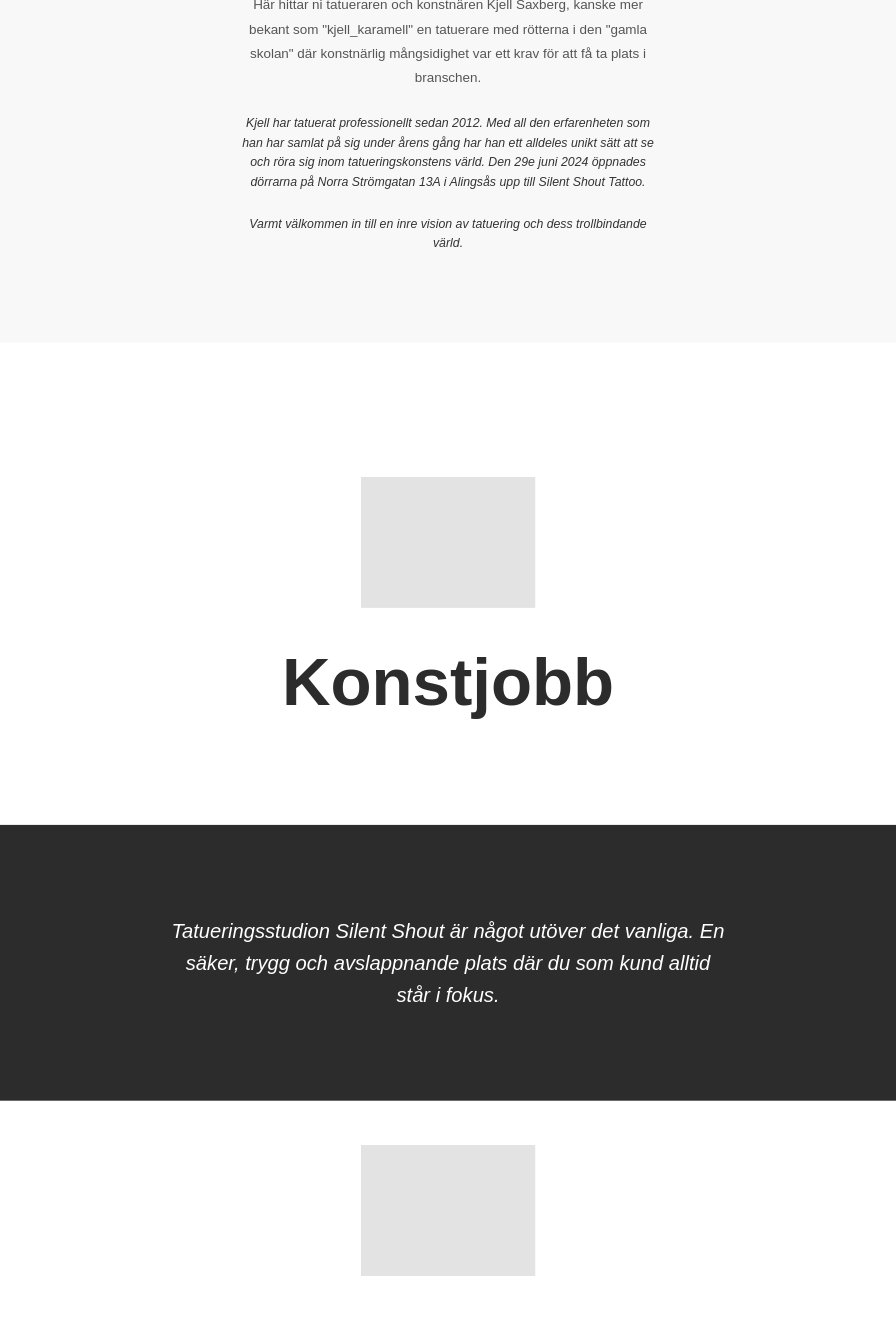
Repository: public-websites/silentshouttattoose
Page: index-clean.html
These files come from the project's save history. The page is drawn as it stood at one moment and after the next save; the edit follows.
The browser window is 1280 px wide. The pictures show the part of the page from y = 1079 to 2999 px (the page is 8048 px tall before and 8076 px after), at 70% of full size.
Pictures or frames that could not be fetched are drawn as grey boxes.

Above is the page before, as saved 2025-08-19 11:42:54.

### index-clean.html
<!DOCTYPE html>
<html lang="sv">
<head>
    <meta charset="UTF-8">
    <meta name="viewport" content="width=device-width, initial-scale=1.0">
    <title>Silent Shout - Den omtänksamma studion</title>
    <meta name="description" content="Tatuerare & konstnär baserad i Alingsås">
    <meta name="theme-color" content="#283618">
    <meta name="apple-mobile-web-app-status-bar-style" content="black-translucent">

    <!-- Fonts -->
    <link rel="preconnect" href="https://fonts.gstatic.com">
    <link rel="preload" href="https://fonts.googleapis.com/css?family=Open+Sans:400,700&display=swap" as="style" type="text/css" crossorigin>

    <!-- Styles -->
    <link rel="stylesheet" href="styles.css">
</head>
<body>
    <!-- Silent Shout Header -->
    <header class="social-header">
        <div class="container">
            <div class="social-icons">
                <a href="https://instagram.com" target="_blank" class="social-icon" aria-label="Instagram">
                    <svg viewBox="0 0 24 24" fill="currentColor">
                        <path d="M12 2.163c3.204 0 3.584.012 4.85.07 3.252.148 4.771 1.691 4.919 4.919.058 1.265.069 1.645.069 4.849 0 3.205-.012 3.584-.069 4.849-.149 3.225-1.664 4.771-4.919 4.919-1.266.058-1.644.07-4.85.07-3.204 0-3.584-.012-4.849-.07-3.26-.149-4.771-1.699-4.919-4.92-.058-1.265-.07-1.644-.07-4.849 0-3.204.013-3.583.07-4.849.149-3.227 1.664-4.771 4.919-4.919 1.266-.057 1.645-.069 4.849-.069zm0-2.163c-3.259 0-3.667.014-4.947.072-4.358.2-6.78 2.618-6.98 6.98-.059 1.281-.073 1.689-.073 4.948 0 3.259.014 3.668.072 4.948.2 4.358 2.618 6.78 6.98 6.98 1.281.058 1.689.072 4.948.072 3.259 0 3.668-.014 4.948-.072 4.354-.2 6.782-2.618 6.979-6.98.059-1.28.073-1.689.073-4.948 0-3.259-.014-3.667-.072-4.947-.196-4.354-2.617-6.78-6.979-6.98-1.281-.059-1.69-.073-4.949-.073zm0 5.838c-3.403 0-6.162 2.759-6.162 6.162s2.759 6.163 6.162 6.163 6.162-2.759 6.162-6.163c0-3.403-2.759-6.162-6.162-6.162zm0 10.162c-2.209 0-4-1.79-4-4 0-2.209 1.791-4 4-4s4 1.791 4 4c0 2.21-1.791 4-4 4zm6.406-11.845c-.796 0-1.441.645-1.441 1.44s.645 1.44 1.441 1.44c.795 0 1.439-.645 1.439-1.44s-.644-1.44-1.439-1.44z"/>
                    </svg>
                </a>
                <a href="https://facebook.com" target="_blank" class="social-icon" aria-label="Facebook">
                    <svg viewBox="0 0 24 24" fill="currentColor">
                        <path d="M24 12.073c0-6.627-5.373-12-12-12s-12 5.373-12 12c0 5.99 4.388 10.954 10.125 11.854v-8.385H7.078v-3.47h3.047V9.43c0-3.007 1.792-4.669 4.533-4.669 1.312 0 2.686.235 2.686.235v2.953H15.83c-1.491 0-1.956.925-1.956 1.874v2.25h3.328l-.532 3.47h-2.796v8.385C19.612 23.027 24 18.062 24 12.073z"/>
                    </svg>
                </a>
                <a href="mailto:silentshouttattoo@gmail.com" class="social-icon" aria-label="Email">
                    <svg viewBox="0 0 24 24" fill="currentColor">
                        <path d="M20 4H4c-1.1 0-1.99.9-1.99 2L2 18c0 1.1.9 2 2 2h16c1.1 0 2-.9 2-2V6c0-1.1-.9-2-2-2zm0 4l-8 5-8-5V6l8 5 8-5v2z"/>
                    </svg>
                </a>
            </div>
            <div class="cta-buttons">
                <a href="#boka-tid" class="cta-header-button">Boka tid konst</a>
                <a href="#boka-tid" class="cta-header-button active">Boka tid tatuering</a>
            </div>
        </div>
    </header>

    <main>
        <!-- Hero Section -->
        <section class="hero">
            <div class="container">
                <div class="hero-text">
                    <h1 class="hero-welcome">Välkommen</h1>
                    <img src="silentshouttattoo-outline.svg" alt="Silent Shout Tattoo Logo" class="studio-logo">
                    <p class="studio-tagline">Affordable Quality Tattoos</p>
                    <p class="location">Tatuerare & konstnär baserad i Alingsås</p>
                    <a href="#boka-tid" class="cta-button">Skicka förfrågan</a>
                </div>
            </div>
        </section>

        <!-- Story Section -->
        <section class="story-section">
            <div class="container">
                <div class="story-content fade-in">
                    <p class="story-text">
                        Tatueringsstudion Silent Shout är något utöver det vanliga. En säker, trygg och avslappnande plats där du som kund alltid står i fokus.
                    </p>
                    <p class="story-text">
                        Här hittar ni tatueraren och konstnären Kjell Saxberg, kanske mer bekant som "kjell_karamell" en tatuerare med rötterna i den "gamla skolan" där konstnärlig mångsidighet var ett krav för att få ta plats i branschen.
                    </p>
                    <p class="story-highlight">
                        Kjell har tatuerat professionellt sedan 2012.
                        Med all den erfarenheten som han har samlat på sig under årens gång har han ett alldeles unikt sätt att se och röra sig inom tatueringskonstens värld.
                        Den 29e juni 2024 öppnades dörrarna på Norra Strömgatan 13A i Alingsås upp till Silent Shout Tattoo.
                    </p>
                    <p class="story-highlight">
                        Varmt välkommen in till en inre vision av tatuering och dess trollbindande värld.
                    </p>
                </div>
            </div>
        </section>

        <!-- Konstjobb Section -->
        <section class="large-text-section">
            <div class="animated-gif">
                <img src="https://media2.giphy.com/media/v1.Y2lkPTc5MGI3NjExbzJpbTR2cWllN2oxamhwMTZ6MjFmYzZ1czZ1b2Y0cXg3MmRrZDRkbiZlcD12MV9pbnRlcm5hbF9naWZfYnlfaWQmY3Q9Zw/3ohs7UJi7uqAcquQoM/giphy.gif" alt="Animated line drawing" />
            </div>
            <div class="container">
                <h2 class="large-text split fade-in">Konstjobb</h2>
            </div>
        </section>

        <!-- Philosophy Section -->
        <section class="philosophy-section">
            <div class="container">
                <p class="philosophy-text fade-in">
                    Tatueringsstudion Silent Shout är något utöver det vanliga. En säker, trygg och avslappnande plats där du som kund alltid står i fokus.
                </p>
            </div>
        </section>

        <!-- Animated GIF -->
        <div class="animated-gif">
            <img src="https://media1.giphy.com/media/v1.Y2lkPTc5MGI3NjExb3oyNzAwYWVybXM2d2RmM2xxcXA2eDIxanVuOTFydTJiaXpoYngzOSZlcD12MV9pbnRlcm5hbF9naWZfYnlfaWQmY3Q9Zw/7rZOPP0VYSgWdVHQiv/giphy.gif" alt="Animated line drawing 1" />
        </div>

        <!-- Eftervård Section -->
        <section class="large-text-section">
            <div class="container">
                <h2 class="large-text split fade-in">Eftervård</h2>
                <div class="aftercare-content fade-in">
                    <p class="philosophy-text">
                        Ha alltid rena händer när du skall ta hand om din tatuering. Vikten av att hålla tatueringen (såret) rent är A & O.
                    </p>

                    <ol class="aftercare-list">
                        <li>Ta av plasten och tvätta av det tatuerade området med tvål och vatten. Använd Lactacyd oparfymerad tvål eller duschcreme.</li>
                        <li>Badda det tatuerade området torrt med en enskild ren handduk och låt det tatuerade området lufttorka ordentligt (minst 20min) innan du tar på dig kläder som täcker.</li>
                        <li>Om möjligt, smörj inte in det tatuerade området på det första dygnet efter du tagit av plasten. Men gör det ont och är besvärligt smörjer du givetvis.</li>
                        <li>Smörj in det tatuerade området 3-4 ggr per dag (morgon, middag, kväll räcker oftast) Det skall bara vara en fet yta inte ett vitt lager av salva på det tatuerade området. Återfuktning är syftet. Helosan eller Bepanten är bra alternativ till återfuktning.</li>
                        <li>INGEN sol, bad, bastu eller solarie på 2 veckor. Ingen träning på i alla fall 1 vecka helst 2, va smart! 2 veckor i utbyte mot en snygg tatuering resten av livet.</li>
                        <li>Du får INTE under några omständigheter pilla bort skorporna, låt dom trilla av av sig själv. När det tatuerade området börjar att klia villket det kommer att göra när den flagnar, klia inte tillbaka! Enda gången du tar på din nya tatuering är när du tvättar eller smörjer in den.</li>
                    </ol>

                    <p class="philosophy-text">
                        Tänk alltid rent när du skall ta hand om din nya tatuering. Rena kläder, sängkläder och handduk, ny tvål och hudkräm. Undvik parfym på eller i närheten av tatueringen. Om tatueringen skulle bli infekterad sök vård.
                    </p>
                </div>
            </div>

            <!-- Additional GIF Elements -->
            <div class="animated-gif">
                <img src="https://media1.giphy.com/media/v1.Y2lkPTc5MGI3NjExb3oyNzAwYWVybXM2d2RmM2xxcXA2eDIxanVuOTFydTJiaXpoYngzOSZlcD12MV9pbnRlcm5hbF9naWZfYnlfaWQmY3Q9Zw/7rZOPP0VYSgWdVHQiv/giphy.gif" alt="Animated line drawing 2" />
            </div>
            <div class="animated-gif">
                <img src="https://media1.giphy.com/media/v1.Y2lkPTc5MGI3NjExb3oyNzAwYWVybXM2d2RmM2xxcXA2eDIxanVuOTFydTJiaXpoYngzOSZlcD12MV9pbnRlcm5hbF9naWZfYnlfaWQmY3Q9Zw/7rZOPP0VYSgWdVHQiv/giphy.gif" alt="Animated line drawing 3" />
            </div>
        </section>

        <!-- Booking Section -->
        <section class="booking-section" id="booking">
            <div class="container">
                <h2 class="booking-title fade-in">Boka tid</h2>
                <div class="form-container fade-in">
                    <!-- Profile and Contact Info -->
                    <div class="profile-contact-row">
                        <div class="profile-image-wrapper">
                            <img src="profile.jpg" alt="Silent Shout Tattoo Artist" class="profile-image">
                        </div>
                        <div class="profile-contact-info">
                            <div class="contact-info-section">
                                <h4>Telefon</h4>
                                <p><a href="tel:0760620068">076-062 00 68</a></p>
                                <h4>E-post</h4>
                                <p><a href="mailto:silentshouttattoo@gmail.com">silentshouttattoo@gmail.com</a></p>
                                <h4>Instagram</h4>
                                <p><a href="https://www.instagram.com/silentshouttattoo" target="_blank">@silentshouttattoo</a></p>
                                <h4>Facebook</h4>
                                <p><a href="https://www.facebook.com/silentshouttattoo" target="_blank">Silent Shout Tattoo</a></p>
                            </div>
                        </div>
                    </div>

                    <!-- Form Toggle Buttons -->
                    <div class="form-toggle">
                        <button class="toggle-btn active" data-form="custom">Snabbformulär</button>
                        <button class="toggle-btn" data-form="google">Detaljerat Formulär</button>
                    </div>

                    <!-- Custom Form -->
                    <form class="custom-form" id="contactForm" method="POST" action="/send-email">
                        <div class="form-intro">
                            <h3 id="boka-tid">Har du frågor eller vill du boka tid? Fyll i formuläret så kontaktar vi dig så fort vi kan.</h3>
                        </div>

                        <div class="form-fields">
                            <div class="form-row">
                                <div class="form-group">
                                    <input type="text" id="name" name="name" placeholder="Namn" required>
                                </div>
                                <div class="form-group">
                                    <input type="email" id="email" name="email" placeholder="E-post" required>
                                </div>
                            </div>
                            <div class="form-row">
                                <div class="form-group">
                                    <input type="tel" id="phone" name="phone" placeholder="Telefon" required>
                                </div>
                                <div class="form-group">
                                    <textarea id="message" name="message" rows="4" placeholder="Meddelande"></textarea>
                                </div>
                            </div>
                            <div class="checkbox-group">
                                <input type="checkbox" id="privacy" name="privacy" required>
                                <label for="privacy">
                                    Jag accepterar <a href="#" target="_blank">Hantering av personuppgifter</a>
                                </label>
                            </div>
                            <button type="submit" class="submit-button">SKICKA</button>
                        </div>
                    </form>

                    <!-- Google Forms Container -->
                    <div class="google-form-container" style="display: none;">
                        <div class="form-loading" id="formLoading">
                            <div class="spinner"></div>
                            <p>laddar formulär...</p>
                        </div>
                        <iframe
                            src="https://docs.google.com/forms/d/e/1FAIpQLSe5F3VtygnRylmXwHNeTswBMIdDoRpoEf7FgPYu2_uIHeA4zQ/viewform?embedded=true&vc=0&c=0&w=1&flr=0"
                            frameborder="0"
                            marginheight="0"
                            marginwidth="0"
                            onload="hideLoading()"
                            style="display: none;"
                            id="bookingForm">
                            Laddar...
                        </iframe>
                    </div>
                </div>
            </div>
        </section>

        <!-- Reviews Section -->
        <section class="stories-section">
            <div class="container">
                <h2 class="stories-title fade-in">Recensioner</h2>
                <div class="story-card fade-in">
                    <p>
                        💚"Nostalgifestivalen 2025 och där står Kjell med ett antal motiv. Hittar ett underbart motiv men är känd för att behöva flera år för att bestämma mig. Plötsligt händer det, jag gör min tatuering!
                        Härlig person är han, Kjell. Tusen tack för ett fint samtal under resans gång och inte minst för en fantastiskt fin tatuering. Är så nöjd!"💚
                    </p>
                </div>
                <div class="story-card fade-in">
                    <p>
                        💚"Kjell är en fantastiskt duktig, trevlig och professionell tatuerare. Hans kärlek till denna konstform lyser verkligen igenom.
                        Alltid mycket god stämning i studion, trevlig att prata med, tar väl hand om sina kunder och lyssnar och löser önskemål enkelt.
                        Duktig på customs och har mängder av fina flashmotiv.

                        Kan rekommendera alla ett besök hos Kjell, vare sig en vill ha något stort eller litet, avancerat eller enkelt."💚
                    </p>
                </div>
            </div>
        </section>
    </main>

    <!-- Footer -->
    <footer class="social-footer">
        <div class="container">
            <img src="silentshouttattoo-infill-white.svg" alt="Silent Shout Tattoo Logo" class="studio-logo">
            <div class="contact-info">
                <p><a href="mailto:silentshouttattoo@gmail.com">silentshouttattoo@gmail.com</a></p>
                <p><a href="tel:0760620068">076-062 00 68</a></p>
                <p>Norra Strömgatan 13A, Alingsås</p>
                <br>
                <p style="padding-bottom: 1.5em;"><a href="https://instagram.com" target="_blank">Följ uppdateringar på Instagram för gästplatser</a></p>
            </div>
            <div class="social-icons">
                <a href="https://instagram.com" target="_blank" class="social-icon" aria-label="Instagram">
                    <svg viewBox="0 0 24 24" fill="currentColor">
                        <path d="M12 2.163c3.204 0 3.584.012 4.85.07 3.252.148 4.771 1.691 4.919 4.919.058 1.265.069 1.645.069 4.849 0 3.205-.012 3.584-.069 4.849-.149 3.225-1.664 4.771-4.919 4.919-1.266.058-1.644.07-4.85.07-3.204 0-3.584-.012-4.849-.07-3.26-.149-4.771-1.699-4.919-4.92-.058-1.265-.07-1.644-.07-4.849 0-3.204.013-3.583.07-4.849.149-3.227 1.664-4.771 4.919-4.919 1.266-.057 1.645-.069 4.849-.069zm0-2.163c-3.259 0-3.667.014-4.947.072-4.358.2-6.78 2.618-6.98 6.98-.059 1.281-.073 1.689-.073 4.948 0 3.259.014 3.668.072 4.948.2 4.358 2.618 6.78 6.98 6.98 1.281.058 1.689.072 4.948.072 3.259 0 3.668-.014 4.948-.072 4.354-.2 6.782-2.618 6.979-6.98.059-1.28.073-1.689.073-4.948 0-3.259-.014-3.667-.072-4.947-.196-4.354-2.617-6.78-6.979-6.98-1.281-.059-1.69-.073-4.949-.073zm0 5.838c-3.403 0-6.162 2.759-6.162 6.162s2.759 6.163 6.162 6.163 6.162-2.759 6.162-6.163c0-3.403-2.759-6.162-6.162-6.162zm0 10.162c-2.209 0-4-1.79-4-4 0-2.209 1.791-4 4-4s4 1.791 4 4c0 2.21-1.791 4-4 4zm6.406-11.845c-.796 0-1.441.645-1.441 1.44s.645 1.44 1.441 1.44c.795 0 1.439-.645 1.439-1.40s-.644-1.44-1.439-1.44z"/>
                    </svg>
                </a>
                <a href="https://facebook.com" target="_blank" class="social-icon" aria-label="Facebook">
                    <svg viewBox="0 0 24 24" fill="currentColor">
                        <path d="M24 12.073c0-6.627-5.373-12-12-12s-12 5.373-12 12c0 5.99 4.388 10.954 10.125 11.854v-8.385H7.078v-3.47h3.047V9.43c0-3.007 1.792-4.669 4.533-4.669 1.312 0 2.686.235 2.686.235v2.953H15.83c-1.491 0-1.956.925-1.956 1.874v2.25h3.328l-.532 3.47h-2.796v8.385C19.612 23.027 24 18.062 24 12.073z"/>
                    </svg>
                </a>
                <a href="mailto:silentshouttattoo@gmail.com" class="social-icon" aria-label="Email">
                    <svg viewBox="0 0 24 24" fill="currentColor">
                        <path d="M20 4H4c-1.1 0-1.99.9-1.99 2L2 18c0 1.1.9 2 2 2h16c1.1 0 2-.9 2-2V6c0-1.1-.9-2-2-2zm0 4l-8 5-8-5V6l8 5 8-5v2z"/>
                    </svg>
                </a>
            </div>
        </div>
    </footer>

    <script src="script.js"></script>
</body>
</html>

Loaded but not shown: script.js (103 lines, source omitted); styles.css (1053 lines, source omitted)

After the next save:
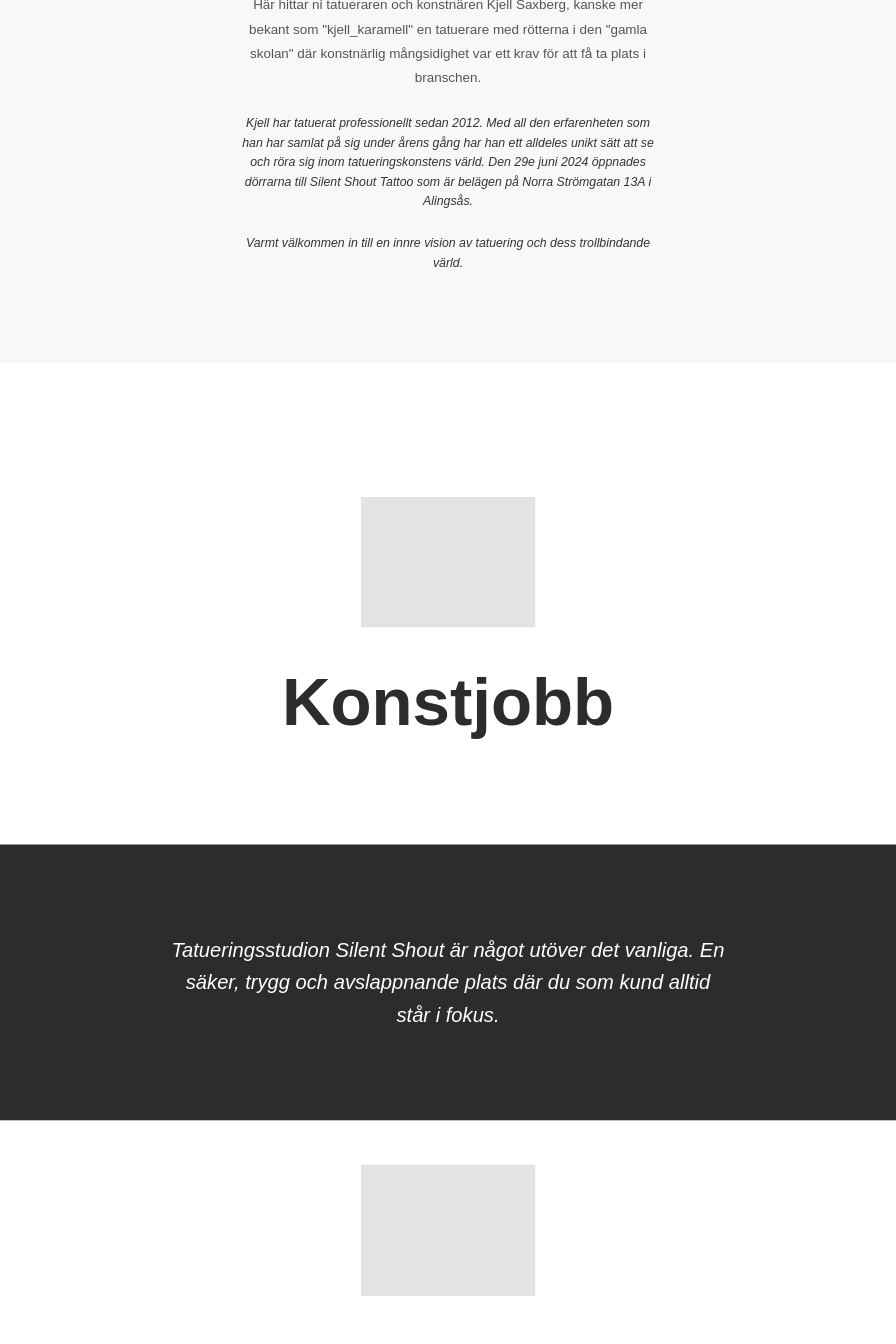
Saved 35 s later.
--- a/index-clean.html
+++ b/index-clean.html
@@ -57,7 +57,7 @@
             </div>
         </section>
 
-        <!-- Story Section -->
+         <!-- Story Section -->
         <section class="story-section">
             <div class="container">
                 <div class="story-content fade-in">
@@ -69,11 +69,11 @@
                     </p>
                     <p class="story-highlight">
                         Kjell har tatuerat professionellt sedan 2012.
-                        Med all den erfarenheten som han har samlat på sig under årens gång har han ett alldeles unikt sätt att se och röra sig inom tatueringskonstens värld.
-                        Den 29e juni 2024 öppnades dörrarna på Norra Strömgatan 13A i Alingsås upp till Silent Shout Tattoo.
+Med all den erfarenheten som han har samlat på sig under årens gång har han ett alldeles unikt sätt att se och röra sig inom tatueringskonstens värld.
+                        Den 29e juni 2024 öppnades dörrarna till Silent Shout Tattoo som är belägen på Norra Strömgatan 13A i Alingsås.
                     </p>
                     <p class="story-highlight">
-                        Varmt välkommen in till en inre vision av tatuering och dess trollbindande värld.
+                        Varmt välkommen in till en innre vision av tatuering och dess trollbindande värld.
                     </p>
                 </div>
             </div>
